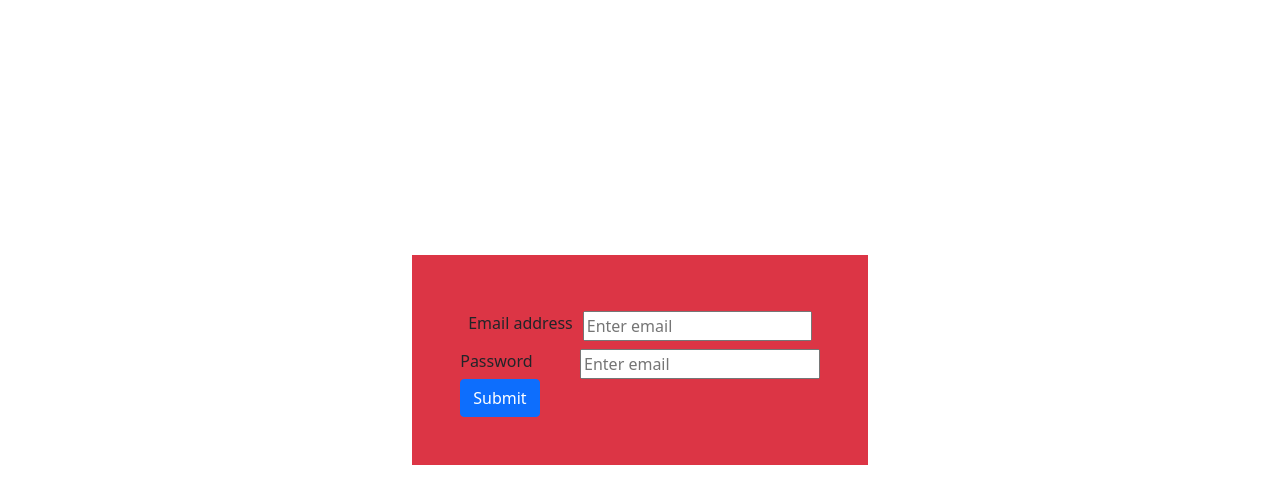
Repository: mariamkhaledsapra/E-Commerce-main
Page: /login
The author's editor kept a copy of each file at every save. The page is drawn from the files as they stood at one save, then again after the next save.
The browser window is 1280 px wide. The pictures show the whole page.
The project was rebuilt for these pictures with package versions that can differ from the ones it lists, and the page was loaded fresh each time. Also part of the build but not shown: src/App.css, src/components/Navbar.jsx, src/App.js.

Above is the page before, as saved 2024-02-13 22:01:48.

### public/index.html
<!DOCTYPE html>
<html lang="en">
  <head>
    <meta charset="utf-8" />
    <link rel="icon" href="%PUBLIC_URL%/favicon.ico" />
    <meta name="viewport" content="width=device-width, initial-scale=1" />
    <meta name="theme-color" content="#000000" />
    <meta
      name="description"
      content="Web site created using create-react-app"
    />
    <link href="https://cdn.jsdelivr.net/npm/bootstrap@5.1.3/dist/css/bootstrap.min.css" rel="stylesheet" integrity="sha384-1BmE4kWBq78iYhFldvKuhfTAU6auU8tT94WrHftjDbrCEXSU1oBoqyl2QvZ6jIW3" crossorigin="anonymous">

    <title>React App</title>
  </head>
  <body>
    <div id="root"></div>
  </body>
</html>

### src/index.js
import React from "react";
import ReactDOM from "react-dom/client";
import "./index.css";
import App from "./App";
import reportWebVitals from "./reportWebVitals";
import { createBrowserRouter, RouterProvider } from "react-router-dom";
import Login from "./components/Login";
import Navbar from "./components/Navbar";

const Routes = createBrowserRouter([
  {
    path: "/",
    element: <App />,
  },
  {
    path: "/login",
    element: <Login />,
  },
]);

const root = ReactDOM.createRoot(document.getElementById("root"));
root.render(
  <RouterProvider router={Routes}>
    <App />
  </RouterProvider>
);

reportWebVitals();

### src/index.css
body {
  display: flex;

  justify-content: center;

  align-items: center;

  height: 100vh;

  margin: 0;
}
/* .login {
  position: absolute;
  top: 50%;
  left: 50%;
  width: 100%;
  transform: translate(-50%, -50%);
  -webkit-transform: translate(-50%, -50%);
  -moz-transform: translate(-50%, -50%);
  -ms-transform: translate(-50%, -50%);
  -o-transform: translate(-50%, -50%);
} */

### src/components/Login.jsx
import React from "react";

const Login = () => {
  return (
    <div class="login-form w-100 bg-danger p-5">
      <form>
        <div class="d-flex p-2">
          <label for="email" class="col-4">Email address</label>

          <input
            type="email"
            class="col-8"
            id="email"
            placeholder="Enter email"
          />
        </div>
        <div class="d-flex">
          <label for="email" class="col-4">Password</label>

          <input
            type="email"
            class="col-8"
            id="email"
            placeholder="Enter email"
          />
        </div>


        <button type="submit" class="btn btn-primary">
          Submit
        </button>
      </form>
    </div>
  );
};

export default Login;

Loaded but not shown: src/reportWebVitals.js (common file)

After the next save:
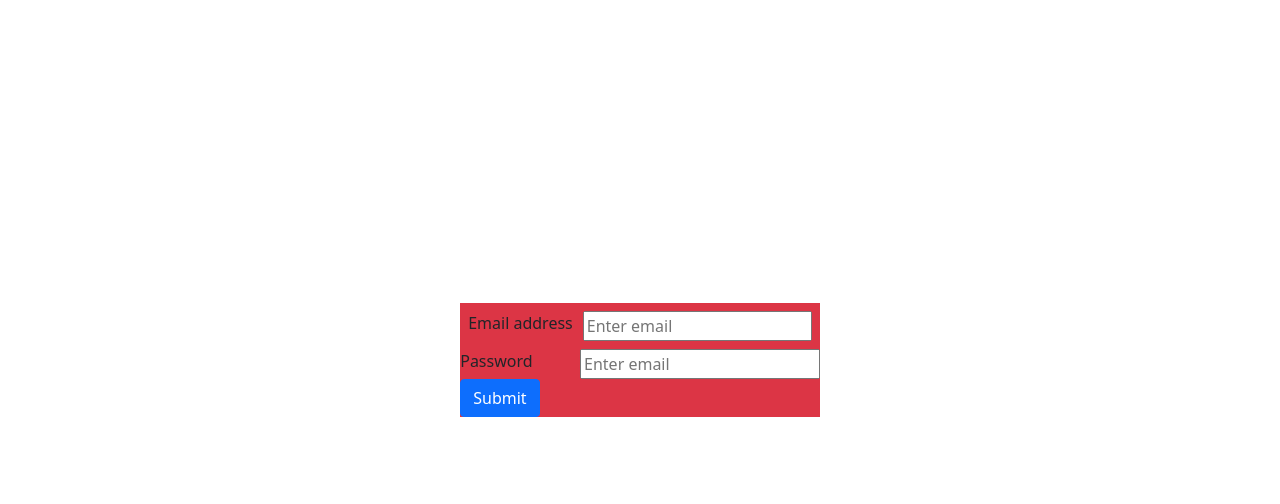
Saved 7 s later.
--- a/src/components/Login.jsx
+++ b/src/components/Login.jsx
@@ -2,7 +2,7 @@
 
 const Login = () => {
   return (
-    <div class="login-form w-100 bg-danger p-5">
+    <div class="login-form w-100 bg-danger ">
       <form>
         <div class="d-flex p-2">
           <label for="email" class="col-4">Email address</label>

After the 2 saves that followed:
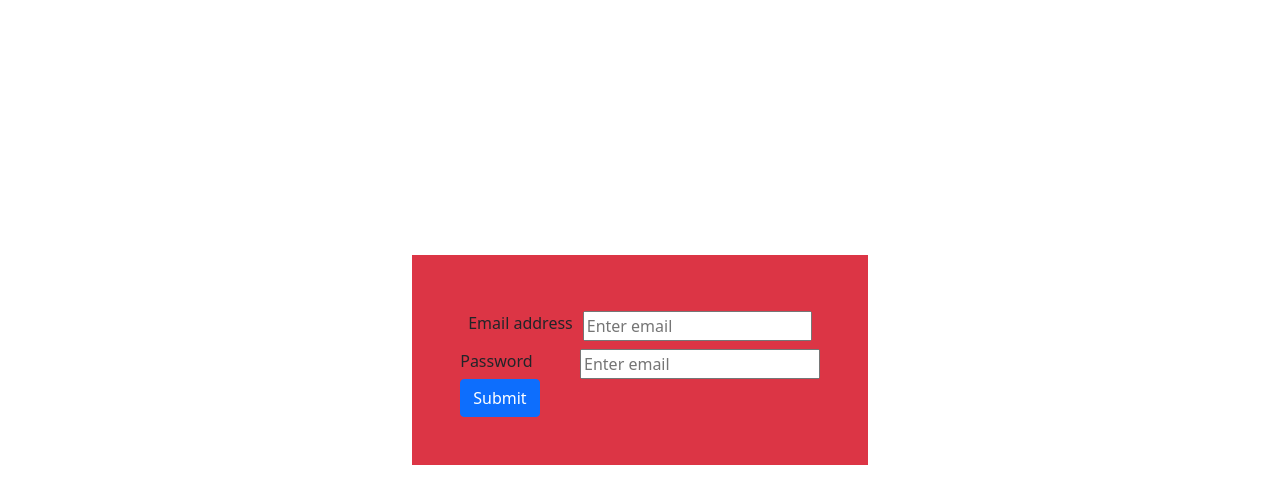
The 2 saves are shown as one change because they came seconds apart.
The last was saved 6 s later.
--- a/src/components/Login.jsx
+++ b/src/components/Login.jsx
@@ -3,7 +3,7 @@
 const Login = () => {
   return (
     <div class="login-form w-100 bg-danger ">
-      <form>
+      <form class="p-5">
         <div class="d-flex p-2">
           <label for="email" class="col-4">Email address</label>
 
